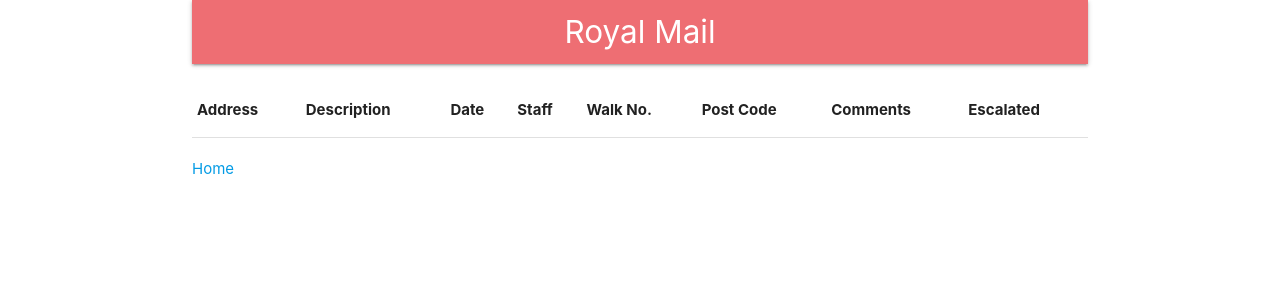
Repository: bandyp/Postal-Reminders
Page: http://localhost/see_route
The author's editor kept a record of every edit. The page is drawn from the files as they stood at one moment, then again after the next edit.
The browser window is 1280 px wide. The pictures show the whole page.
The page is served by the project's application, run on Flask 3 (app.py). Queries for data that is not in the repository find no rows.

Above is the page before.

After the next edit:
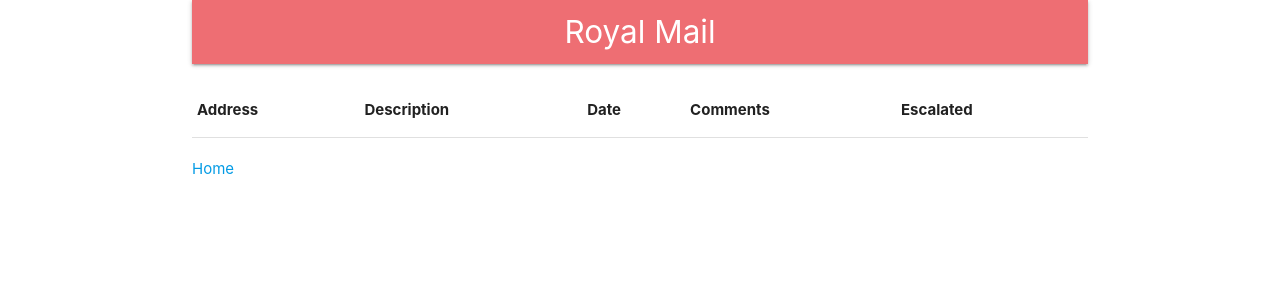
The edit:
--- a/templates/route.html
+++ b/templates/route.html
@@ -17,9 +17,7 @@
           <th>Address</th>
           <th>Description</th>
           <th>Date</th>
-          <th>Staff</th>
-          <th>Walk No.</th>
-          <th>Post Code</th>
+
           <th>Comments</th>
           <th>Escalated</th>
         </tr>
